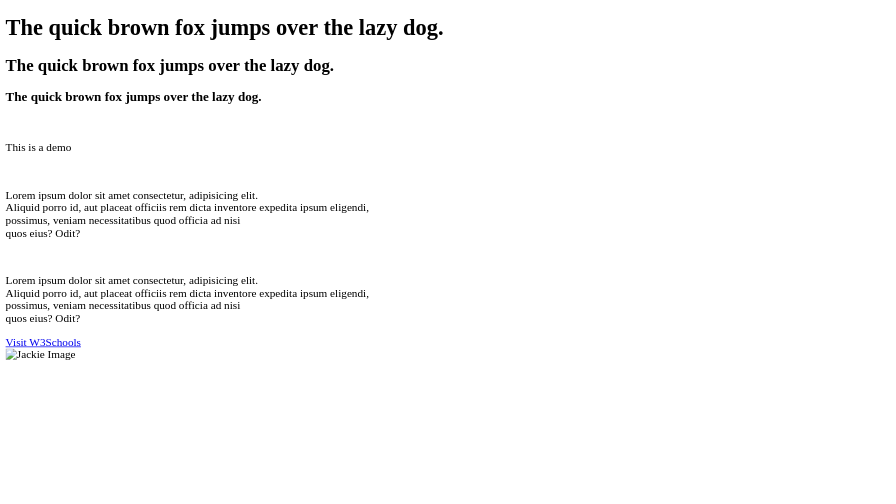
Repository: PhilipMuturi/website
Page: website/index.html
The author's editor kept a copy of each file at every save. The page is drawn from the files as they stood at one save, then again after the next save.
The browser window is 1280 px wide. The pictures show the whole page, at 70% of full size.

Above is the page before, as saved 2023-11-29 19:04:19.
Not found: website/images/Jackie.jpg

### website/index.html
<!DOCTYPE html>
<html>
    <head>
        <meta charset="utf-8">
        <meta name="description" content="This is my first website">
        <meta name="author" content="Philip Muturi">
        <meta name="keywords" content="HTML, CSS">

        <meta name="viewport" content="width=device-width, initial-scale=1">

        <title>My first website</title>
    </head>
    <body>
        <h1>The quick brown fox jumps over the lazy dog.</h1>
        <h2>The quick brown fox jumps over the lazy dog.</h2>
        <h3>The quick brown fox jumps over the lazy dog.</h3>
        <br>
        <p>This is a demo</p>
        <br>
        <p>Lorem ipsum dolor sit amet consectetur, adipisicing elit.<br>
            Aliquid porro id, aut placeat officiis rem dicta inventore expedita ipsum eligendi,
            <br>possimus, veniam necessitatibus quod officia ad nisi
            <br>quos eius? Odit?</p>
            <br>
         <!--This is a comment: this one of the best websites!-->
        <p>Lorem ipsum dolor sit amet consectetur, adipisicing elit.<br>
             Aliquid porro id, aut placeat officiis rem dicta inventore expedita ipsum eligendi,
             <br>possimus, veniam necessitatibus quod officia ad nisi
             <br>quos eius? Odit?</p>

             <a href="https://www.w3schools.com">Visit W3Schools</a>

             <br>

             <img src="images/Jackie.jpg" alt="Jackie Image"> <br>
    </body>
</html>

After the next save:
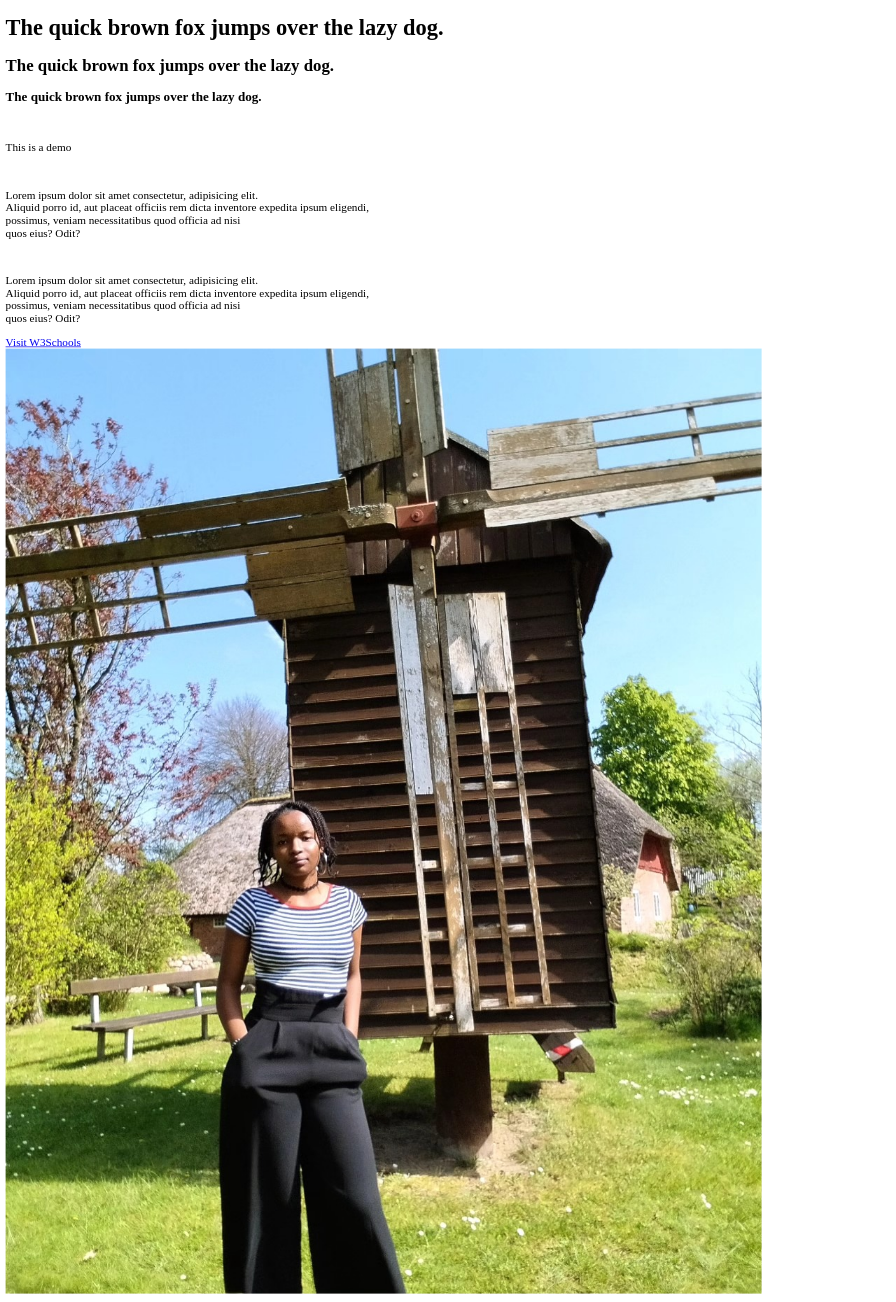
Saved 20 min 3 s later.
--- a/website/index.html
+++ b/website/index.html
@@ -32,6 +32,6 @@
 
              <br>
 
-             <img src="images/Jackie.jpg" alt="Jackie Image"> <br>
+             <img src="Jackie.jpg" alt="Jackie Image"> <br>
     </body>
 </html>
